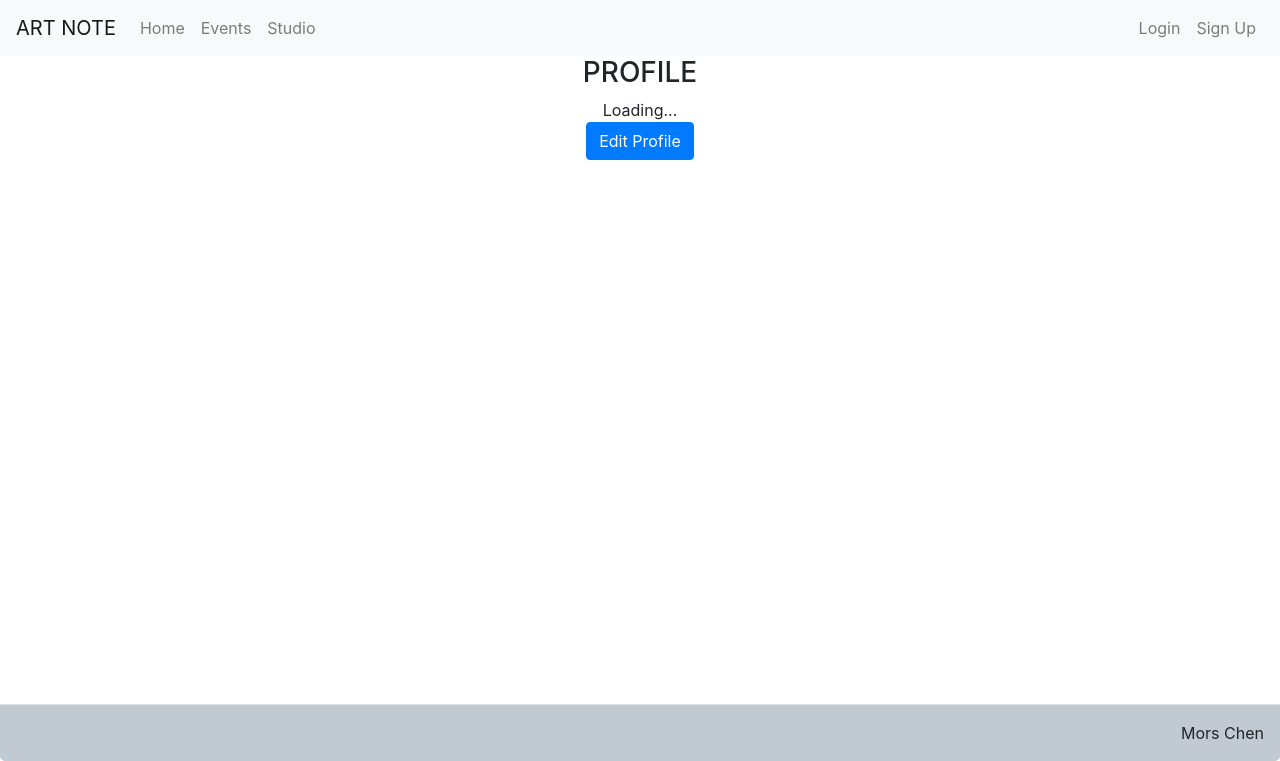
Repository: MorsChen/Final-Client
Page: /profile (app in client-app/)
These files come from the project's save history. The page is drawn as it stood at one moment and after the next save; the edit follows.
The browser window is 1280 px wide. The pictures show the whole page.
The page's requests for data from a server got no answer. The project was rebuilt for these pictures with package versions that can differ from the ones it lists, and the page was loaded fresh each time. No one was signed in, and anything a server would have sent is missing. Also part of the build but not shown: client-app/src/page/Home.js, client-app/src/page/SignUp.js, client-app/src/page/Login.js.

Above is the page before, as saved 2019-10-01 15:08:56.

After the next save:
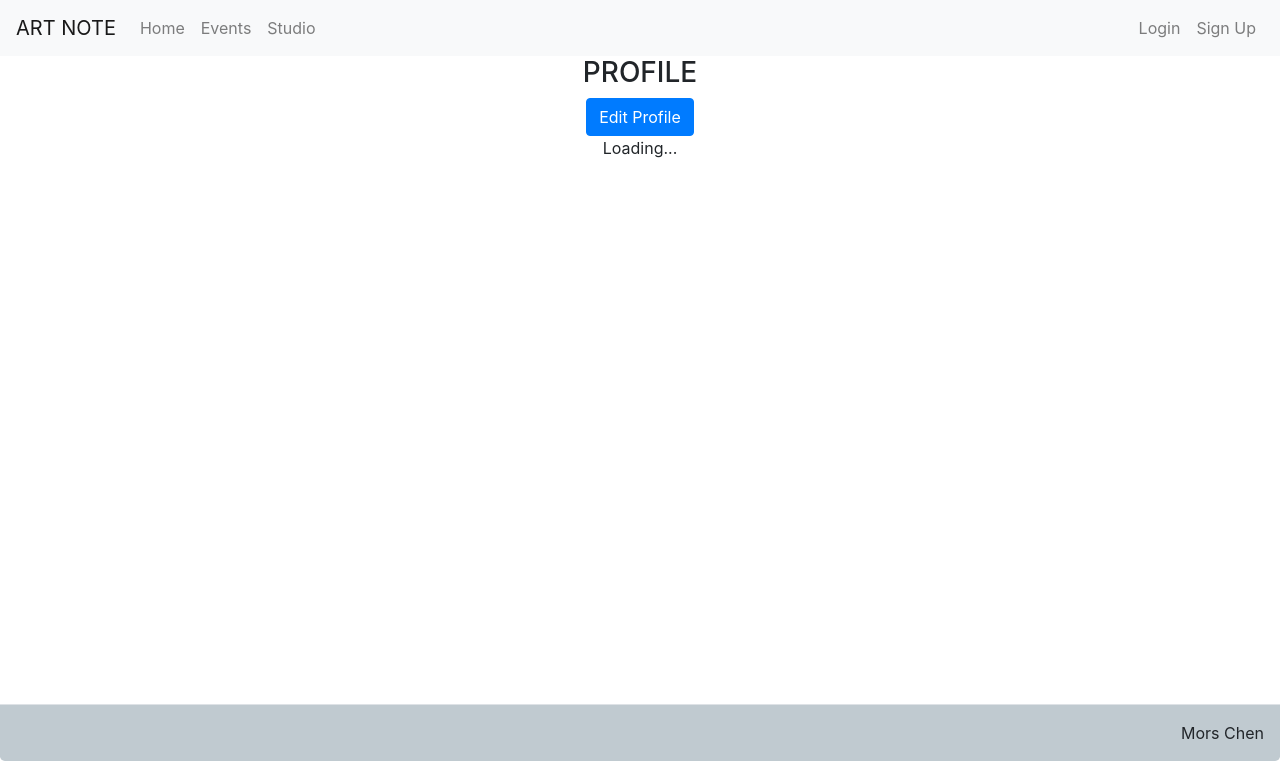
Saved 34 s later.
--- a/client-app/src/page/Profile.js
+++ b/client-app/src/page/Profile.js
@@ -46,6 +46,7 @@ export default class Profile extends Component {
         return [
             <div className="FullContent">
                 <h3>PROFILE</h3>
+                <button className="btn btn-primary">Edit Profile</button>
                 {this.state.isUserinfo ? <> {this.state.isLoaded ? <> <p>User Name : {this.state.userinfo.username}</p>
                 <p>Full Name: {this.state.userinfo.firstname} {this.state.userinfo.lastname}</p>
                 <p>Birthday: {this.state.userinfo.birthday}</p>
@@ -53,7 +54,6 @@ export default class Profile extends Component {
                 <p>Phone: {this.state.userinfo.phone}</p>
                 <p>Address: {this.state.userinfo.address}, district {this.state.userinfo.state}, {this.state.userinfo.city} city</p>
                 <p>Zipcode : {this.state.userinfo.zipcode}</p> </> : <div>Loading...</div>} </> : <></>}
-                <button className="btn btn-primary">Edit Profile</button>
 
 
             </div>
